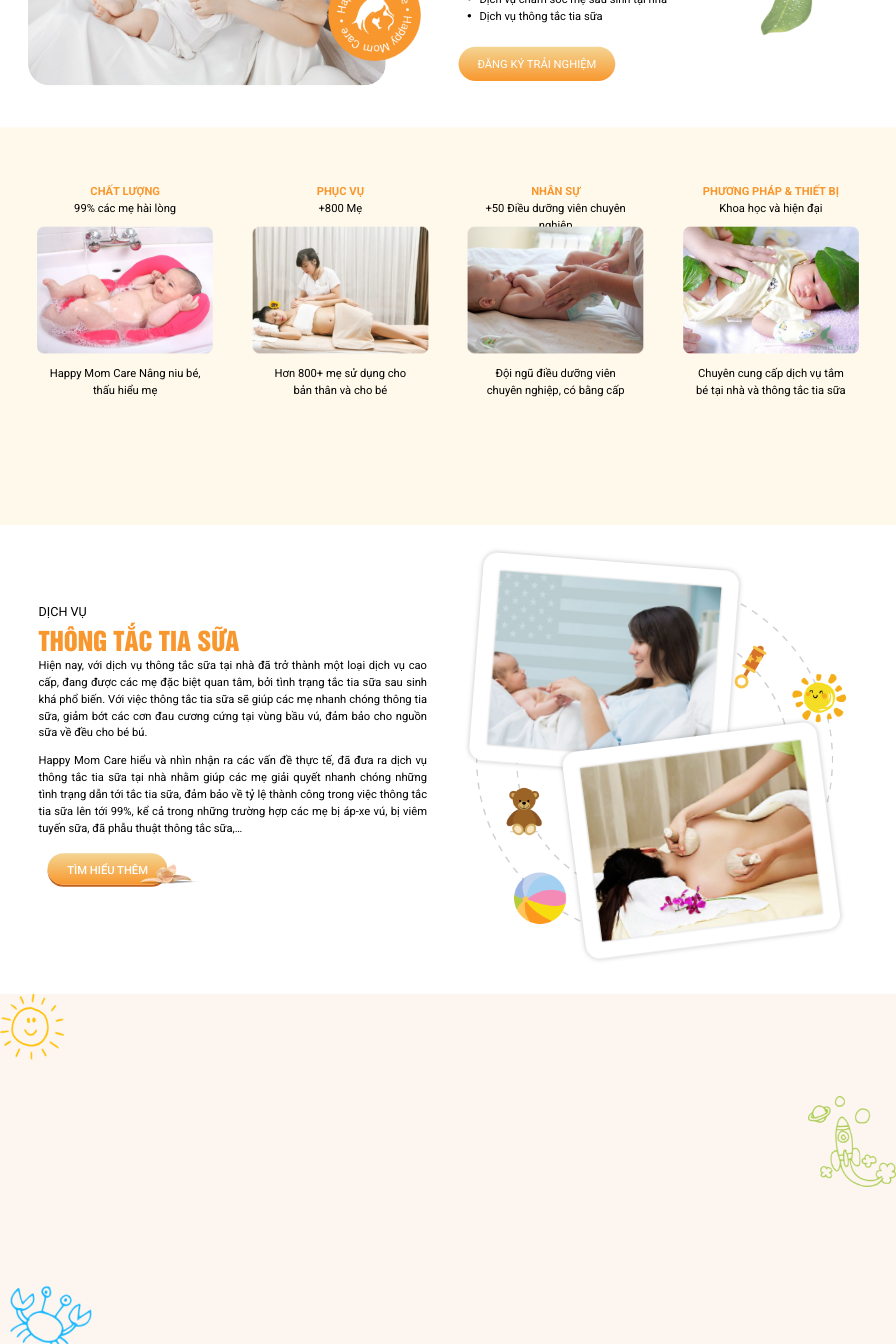
Repository: haianh12082001/happymom
Page: index.html
The author's editor kept a copy of each file at every save. The page is drawn from the files as they stood at one save, then again after the next save.
The browser window is 1280 px wide. The pictures show the part of the page from y = 1487 to 3407 px (the page is 3407 px tall), at 70% of full size.
Some web libraries are served in a nearby version. The style sheet was rebuilt from its Sass, Less or Tailwind sources for each picture, by a compiler version that may differ from the author's.

Above is the page before, as saved 2021-11-16 10:36:08.

### index.html
<!DOCTYPE html>
<html lang="en">
    <head>
        <meta charset="UTF-8" />
        <meta http-equiv="X-UA-Compatible" content="IE=edge" />
        <meta name="viewport" content="width=device-width, initial-scale=1.0" />
        <title>Document</title>
        <link href="https://fonts.googleapis.com/css2?family=Roboto:wght@300;400;500;700;900&display=swap" rel="stylesheet" />
        <link rel="stylesheet" href="./assets/fonts/fontawesome-free-5.15.3/css/all.min.css" />
        <link
            rel="stylesheet"
            href="https://cdn.jsdelivr.net/npm/bootstrap@4.6.0/dist/css/bootstrap.min.css"
            integrity="sha384-B0vP5xmATw1+K9KRQjQERJvTumQW0nPEzvF6L/Z6nronJ3oUOFUFpCjEUQouq2+l"
            crossorigin="anonymous"
        />
        <link rel="stylesheet" href="./assets/css/app.css" />
    </head>
    <body>
        <div class="topbar">
            <div class="topbar__container container">
                <div class="topbar__logo">
                    <img src="./assets/img/logo.png" alt="" />
                </div>
                <div class="topbar__openTime">
                    <div class="openTime__text">Giờ mở cửa</div>
                    <div class="openTime__time">8h00 - 16h00</div>
                </div>
                <div class="topbar__seach">
                    <input type="text" name="" id="" placeholder="Tìm kiếm" />
                    <button class="button__seach">
                        <i class="fas fa-search r"></i>
                    </button>
                </div>
                <div class="topbar__hotline">
                    <div class="hotline__icon">
                        <img src="./assets/img/icon__phone.png" alt="" />
                    </div>
                    <div class="hotline__text">
                        <p class="hotline__text--top">Hotline:</p>
                        <p class="hotline__text--bottom">0944 430 977</p>
                    </div>
                </div>
                <div class="topbar__book">
                    <div class="book__icon">
                        <i class="fas fa-calendar-alt"></i>
                    </div>
                    <p class="book__text">Đặt lịch hẹn</p>
                </div>
            </div>
        </div>
        <header class="header">
            <div class="header__container container">
                <ul class="header__list">
                    <li class="header__item">
                        <a href="#" class="header__link">Trang chủ</a>
                    </li>
                    <li class="header__item">
                        <a href="#" class="header__link">Giới thiệu</a>
                    </li>
                    <li class="header__item">
                        <a href="#" class="header__link">Dịch vụ</a>
                    </li>
                    <li class="header__item">
                        <a href="#" class="header__link">Khoá học</a>
                    </li>
                    <li class="header__item">
                        <a href="#" class="header__link">Hệ thống đại lý</a>
                    </li>
                    <li class="header__item">
                        <a href="#" class="header__link">Tin tức</a>
                    </li>
                    <li class="header__item">
                        <a href="#" class="header__link">Liên hệ</a>
                    </li>
                </ul>
                <ul class="header__social">
                    <li>
                        <a href="#">
                            <i class="fab fa-facebook-f"></i>
                        </a>
                    </li>
                    <li>
                        <a href="#">
                            <i class="fab fa-twitter"></i>
                        </a>
                    </li>
                    <li>
                        <a href="#">
                            <i class="fab fa-google-plus-g"></i>
                        </a>
                    </li>
                    <li>
                        <a href="#">
                            <i class="fab fa-skype"></i>
                        </a>
                    </li>
                </ul>
            </div>
        </header>
        <section class="banner">
            <div class="banner__content">
                <div class="banner__img">
                    <img src="./assets/img/banner/Rectangle 28.png" alt="" />
                </div>
                <!-- <div class="banner__phone">
                    <div class="icon">
                        <i class="fas fa-phone-alt"></i>
                    </div>
                    <div class="text">0944 430 977</div>
                </div> -->
            </div>
        </section>
        <section class="bannerAdv">
            <div class="bannerAdv__container container">
                <div class="row">
                    <div class="bannerAdv__item col-lg-3">
                        <div class="bannerAdv__item--top">
                            <div class="text">01</div>
                            <img src="./assets/img/bannerAdv/pngwing 6.png" alt="" />
                        </div>
                        <div class="bannerAdv__item--bottom">
                            <div class="name">Uy tín</div>
                            <p class="des">Happy Mom Care với hệ thống hơn 50 Spa tại Việt Nam luôn sẵn sàng phục vụ khách hàng</p>
                        </div>
                    </div>
                    <div class="bannerAdv__item col-lg-3">
                        <div class="bannerAdv__item--top">
                            <div class="text">02</div>
                            <img src="./assets/img/bannerAdv/pngwing 8.png" alt="" />
                        </div>
                        <div class="bannerAdv__item--bottom">
                            <div class="name">Chuyên nghiệm</div>
                            <p class="des">Dịch vụ Spa mẹ và bé tại Happy Mom Care có hệ thống trang thiết bị chuyên nghiệp</p>
                        </div>
                    </div>
                    <div class="bannerAdv__item col-lg-3">
                        <div class="bannerAdv__item--top">
                            <div class="text">03</div>
                            <img src="./assets/img/bannerAdv/pngwing 9.png" alt="" />
                        </div>
                        <div class="bannerAdv__item--bottom">
                            <div class="name">An toàn</div>
                            <p class="des">Đúng quy trình chuẩn y khoa và sử dụng công nghệ cao trong Spa mang đến cho bạn những giải pháp an toàn nhất</p>
                        </div>
                    </div>
                    <div class="bannerAdv__item col-lg-3">
                        <div class="bannerAdv__item--top">
                            <div class="text">04</div>
                            <img src="./assets/img/bannerAdv/pngwing 10.png" alt="" />
                        </div>
                        <div class="bannerAdv__item--bottom">
                            <div class="name">Chất lượng</div>
                            <p class="des">Đội ngũ nhân viên chuyên nghiệp, có nhiều kinh nghiệm trong lĩnh vực Spa</p>
                        </div>
                    </div>
                </div>
            </div>
        </section>
        <section class="introduce">
            <div class="introduce__container container">
                <div class="row">
                    <div class="col-lg-6">
                        <div class="introduce__img">
                            <img src="./assets/img/Rectangle 33.png" alt="" />
                        </div>
                    </div>
                    <div class="col-lg-6">
                        <div class="introduce__heading">Về chúng tôi</div>
                        <div class="introduce__name">Happy mom care</div>
                        <div class="introduce__address">
                            <div class="introduce__address--img">
                                <img src="./assets/img/Ellipse 29.png" alt="" />
                            </div>
                            <div class="introduce__address--text">
                                <p>Spa Happy Mom Care</p>
                                <span>Số 8 Ngõ 21, Phố Việt Hưng, Long Biên, Hà Nội</span>
                            </div>
                        </div>
                        <div class="introduce__text">
                            <p>
                                Với hơn 30+ điều dưỡng viên có bằng cấp và kinh nghiệm lâu năm, Happy Mom Care mong muốn được phục vụ cho mẹ và bé khắp các quận
                                trong Hà Nội. Bao gồm các dịch vụ:
                            </p>
                            <ul class="text__list">
                                <li>Dịch vụ tắm cho trẻ sơ sinh tại nhà</li>
                                <li>Dịch vụ chăm sóc mẹ sau sinh tại nhà</li>
                                <li>Dịch vụ thông tắc tia sữa</li>
                            </ul>
                        </div>
                        <div class="introduce__btn">
                            <a href="">Đăng ký trải nghiệm</a>
                        </div>
                    </div>
                </div>
            </div>
        </section>
        <section class="blog">
            <div class="blog__container container">
                <div class="row">
                    <div class="blog__item col-lg-3">
                        <div class="blog__name">Chất lượng</div>
                        <div class="blog__subname">99% các mẹ hài lòng</div>
                        <div class="blog__img">
                            <img src="./assets/img/blog/Rectangle 35 (3).png" alt="" />
                        </div>
                        <div class="blog__des">Happy Mom Care Nâng niu bé, thấu hiểu mẹ</div>
                        <div class="blog__btn btn">
                            <a href="">Tìm hiểu thêm</a>
                            <img class="blog__btn--img" src="./assets/img/blog/plant 1.png" alt="" />
                        </div>
                    </div>
                    <div class="blog__item col-lg-3">
                        <div class="blog__name">Phục vụ</div>
                        <div class="blog__subname">+800 Mẹ</div>
                        <div class="blog__img">
                            <img src="./assets/img/blog/Rectangle 35 (4).png" alt="" />
                        </div>
                        <div class="blog__des">Hơn 800+ mẹ sử dụng cho bản thân và cho bé</div>
                        <div class="blog__btn btn">
                            <a href="">Tìm hiểu thêm</a>
                            <img class="blog__btn--img" src="./assets/img/blog/plant 1.png" alt="" />
                        </div>
                    </div>
                    <div class="blog__item col-lg-3">
                        <div class="blog__name">Nhân sự</div>
                        <div class="blog__subname">+50 Điều dưỡng viên chuyên nghiệp</div>
                        <div class="blog__img">
                            <img src="./assets/img/blog/Rectangle 35 (5).png" alt="" />
                        </div>
                        <div class="blog__des">Đội ngũ điều dưỡng viên chuyên nghiệp, có bằng cấp</div>
                        <div class="blog__btn btn">
                            <a href="">Tìm hiểu thêm</a>
                            <img class="blog__btn--img" src="./assets/img/blog/plant 1.png" alt="" />
                        </div>
                    </div>
                    <div class="blog__item col-lg-3">
                        <div class="blog__name">PHƯƠNG PHÁP & THIẾT BỊ</div>
                        <div class="blog__subname">Khoa học và hiện đại</div>
                        <div class="blog__img">
                            <img src="./assets/img/blog/Rectangle 35 (6).png" alt="" />
                        </div>
                        <div class="blog__des">Chuyên cung cấp dịch vụ tắm bé tại nhà và thông tắc tia sữa</div>
                        <div class="blog__btn btn">
                            <a href="">Tìm hiểu thêm</a>
                            <img class="blog__btn--img" src="./assets/img/blog/plant 1.png" alt="" />
                        </div>
                    </div>
                </div>
            </div>
        </section>
        <section class="serviceOne">
            <div class="serviceOne__container container">
                <div class="row">
                    <div class="col-lg-6 serviceOne__left">
                        <div class="service__title">Dịch vụ</div>
                        <div class="service__name">Thông tắc tia sữa</div>
                        <div class="service__text">
                            <p>
                                Hiện nay, với dịch vụ thông tắc sữa tại nhà đã trở thành một loại dịch vụ cao cấp, đang được các mẹ đặc biệt quan tâm, bởi tình
                                trạng tắc tia sữa sau sinh khá phổ biến. Với việc thông tắc tia sữa sẽ giúp các mẹ nhanh chóng thông tia sữa, giảm bớt các cơn
                                đau cương cứng tại vùng bầu vú, đảm bảo cho nguồn sữa về đều cho bé bú.
                            </p>
                            <p>
                                Happy Mom Care hiểu và nhìn nhận ra các vấn đề thực tế, đã đưa ra dịch vụ thông tắc tia sữa tại nhà nhằm giúp các mẹ giải quyết
                                nhanh chóng những tình trạng dẫn tới tắc tia sữa, đảm bảo về tỷ lệ thành công trong việc thông tắc tia sữa lên tới 99%, kể cả
                                trong những trường hợp các mẹ bị áp-xe vú, bị viêm tuyến sữa, đã phẫu thuật thông tắc sữa,…
                            </p>
                        </div>
                        <div class="service__btn btn">
                            <a href="">Tìm hiểu thêm</a>
                            <img class="service__btn--img" src="./assets/img/blog/plant 1.png" alt="" />
                        </div>
                    </div>
                    <div class="col-lg-6 serviceOne__right">
                        <div class="bigCircle__img">
                            <img src="./assets/img/serviceOne/Group 392.png" alt="" />
                        </div>
                        <div class="serviceOne__img--top">
                            <img src="./assets/img/serviceOne/Rectangle 37 (1).png" alt="" />
                        </div>
                        <div class="serviceOne__img--bottom">
                            <img src="./assets/img/serviceOne/Rectangle 38 (1).png" alt="" />
                        </div>
                    </div>
                </div>
            </div>
        </section>
        <section class="serviceTwo">
            <div class="serviceTwo__container container">
                <div class="row">
                    <div class="serviceTwo__initial col-lg-4"></div>
                    <div class="serviceTwo__middle col-lg-4"></div>
                    <div class="serviceTwo__end col-lg-4"></div>
                </div>
            </div>
        </section>
        <script type="text/javascript" src="https://code.jquery.com/jquery-1.11.0.min.js"></script>
        <script type="text/javascript" src="https://code.jquery.com/jquery-migrate-1.2.1.min.js"></script>
        <script
            src="https://cdnjs.cloudflare.com/ajax/libs/bootstrap/4.6.0/js/bootstrap.min.js"
            integrity="sha512-XKa9Hemdy1Ui3KSGgJdgMyYlUg1gM+QhL6cnlyTe2qzMCYm4nAZ1PsVerQzTTXzonUR+dmswHqgJPuwCq1MaAg=="
            crossorigin="anonymous"
            referrerpolicy="no-referrer"
        ></script>
        <script type="text/javascript" src="https://cdn.jsdelivr.net/npm/slick-carousel@1.8.1/slick/slick.min.js"></script>
        <script src="./assets/js/main.js"></script>
    </body>
</html>

### assets/sass/app.scss
@import "variables";
@import "reset";
@import "global";
@import "topbar";
@import "header";
@import "banner";
@import "bannerAdv";
@import "introduce";
@import "blog";
@import "service";

### assets/sass/_variables.scss
$font-family: "Roboto", sans-serif;
$color-global: #f8972e;
$text-color: #000000;

### assets/sass/_reset.scss
html {
    box-sizing: border-box;
    scroll-behavior: smooth;
}
* {
    margin: 0;
    padding: 0;
}
*,
*:before,
*:after {
    box-sizing: border-box;
}
input,
textarea,
select,
button {
    outline: none;
}
input {
    line-height: normal;
    outline: none;
    box-shadow: none;
}
input:focus {
    outline: 0;
    border: none;
    box-shadow: none;
}
ul,
li {
    margin: 0;
    padding: 0;
    list-style: none;
}
label,
button {
    cursor: pointer;
}
a {
    text-decoration: none;
    &:hover {
        text-decoration: none;
    }
}
img {
    display: block;
    max-width: 100%;
}

### assets/sass/_global.scss
@font-face {
    font-family: "UTM";
    font-display: swap;
    src: url("../fonts/word/UTM\ HelvetIns.ttf") format("truetype");
}
@font-face {
    font-family: "Time";
    font-display: swap;
    src: url("../fonts/word/timesbd.ttf") format("truetype");
}
body {
    font-family: $font-family;
    margin: 0;
    padding: 0;
    width: 100%;
    font-size: 16px;
    color: $text-color;
}
.container {
    max-width: 1230px;
    margin: 0 auto;
    padding: 0 15px;
}

### assets/sass/_header.scss
.header {
    // height: 59px;
    background: $color-global;
    &__container {
        display: flex;
        justify-content: space-between;
        align-items: center;
    }
    &__list {
        display: flex;
        justify-content: space-between;
        text-transform: uppercase;
        align-items: center;
        // column-gap: 66px;
    }
    &__item {
        margin-left: 66px;
        padding: 16px 0;
        &:first-child {
            margin-left: 0;
        }
    }
    &__link {
        color: #fff;
        font-weight: 500;
    }
    &__social {
        display: flex;
        align-items: center;
        li {
            width: 31px;
            height: 31px;
            background: #fff;
            border-radius: 50%;
            margin-left: 8px;
            i {
                display: flex;
                height: 100%;
                justify-content: center;
                align-items: center;
            }
        }
    }
}

### assets/sass/_banner.scss
.banner {
    position: relative;
    &__img img {
        width: 100%;
        max-height: 598px;
    }
    &__phone {
        color: #845522;
        display: flex;
        .text {
            font-family: "UTM";
        }
    }
}

### assets/sass/_bannerAdv.scss
.bannerAdv {
    background: #fff9ec;
    padding: 25px 0 60px;
    &__container {
    }
    &__item {
        padding: 0px 46px;
        display: flex;
        flex-direction: column;
        align-items: center;
        &--top {
            position: relative;
            display: inline-block;
            max-width: 180px;
            height: 207px;

            .text {
                color: #ffd7ab;
                font-size: 180px;
                font-weight: 700;
                font-family: "Time";
                line-height: 206px;
            }
            img {
                position: absolute;
                bottom: 10px;
                left: 50%;
                transform: translateX(-50%);
            }
        }
        &--bottom {
            text-align: center;
            .name {
                color: #845522;
                margin-bottom: 9px;
                font-weight: 900;
            }
        }
    }
}

### assets/sass/_blog.scss
.blog {
    padding-top: 40px;
    padding-bottom: 60px;
    background: #fff9ec;
    &__item {
        padding: 40px 28px 55px 28px;
    }
    &__name {
        text-align: center;
        text-transform: uppercase;
        color: $color-global;
        font-weight: 700;
    }
    &__subname {
        text-align: center;
        // margin-bottom: 13px;
        height: 38px;
    }
    &__des {
        text-align: center;
        padding: 17px;
        display: -webkit-box;
        -webkit-line-clamp: 2;
        -webkit-box-orient: vertical;
        overflow: hidden;
        text-overflow: ellipsis;
        word-break: break-word;
        // height: 59px;
    }
    &__btn {
        text-align: center;
        margin-top: 10px;
        position: relative;
        display: inherit;
        visibility: hidden;
        a {
            padding: 15px 28px 11px 28px;
            background: linear-gradient(180deg, #f4d593 0%, #f8972e 100%);
            border-radius: 50px;
            text-transform: uppercase;
            color: #fff;
            font-weight: 500;
            box-shadow: 0 3px 0px rgba($color: #c2611c, $alpha: 1);
        }
        &--img {
            position: absolute;
            bottom: 0;
            right: 0;
            transform: translateX(25%);
        }
    }
    &__item:hover {
        box-shadow: 0px 0px 20px rgba(239, 206, 168, 0.5);
        border-radius: 20px;
        .blog__btn {
            visibility: initial;
        }
    }
}

### assets/sass/_service.scss
.service {
    &__title {
        text-transform: uppercase;
        font-size: 18px;
    }
    &__name {
        text-transform: uppercase;
        font-size: 36px;
        color: $color-global;
        font-family: "UTM";
        font-weight: 400;
        line-height: 52px;
    }
    &__text {
        text-align: justify;
        margin-bottom: 30px;
    }
    &__btn {
        position: relative;
        a {
            padding: 15px 28px 11px 28px;
            background: linear-gradient(180deg, #f4d593 0%, #f8972e 100%);
            border-radius: 50px;
            text-transform: uppercase;
            color: #fff;
            font-weight: 500;
            box-shadow: 0 3px 0px rgba($color: #c2611c, $alpha: 1);
        }
        &--img {
            position: absolute;
            bottom: 0;
            right: 0;
            transform: translateX(50%);
        }
    }
}
.serviceOne {
    padding: 80px 0;
    &__left {
        padding: 30px;
    }
    &__right {
        padding: 0 40px;
        position: relative;
    }
    .bigCircle__img img {
        width: 100%;
    }
    &__img--top {
        position: absolute;
        top: -28px;
        // left: 0;
        padding: 20px;
        filter: drop-shadow(0px 0px 4px rgba(0, 0, 0, 0.25));
        transform: rotate(4.47deg);
        border-radius: 20px;
        background: #fff;
        img {
            width: 326px;
            height: 258px;
            // object-fit: cover;
        }
    }
    &__img--bottom {
        position: absolute;
        bottom: -10px;
        right: 70px;
        padding: 20px;
        filter: drop-shadow(0px 0px 4px rgba(0, 0, 0, 0.25));
        transform: rotate(-7.32deg);
        border-radius: 20px;
        background: #fff;
        img {
            width: 326px;
            height: 258px;
        }
    }
}
.serviceTwo {
    background-color: #fdf5f0;
    background-image: url("../img/serviceTwo/Group\ 392\ \(1\).png");
    background-repeat: no-repeat;
    background-size: 100%;
    width: 100%;
    height: 500px;
}

Loaded but not shown: assets/fonts/fontawesome-free-5.15.3/css/all.min.css (library); assets/sass/_introduce.scss (117 lines, source omitted); assets/sass/_topbar.scss (95 lines, source omitted); assets/js/main.js (no copy from this time; the picture is the same without it)

After the next save:
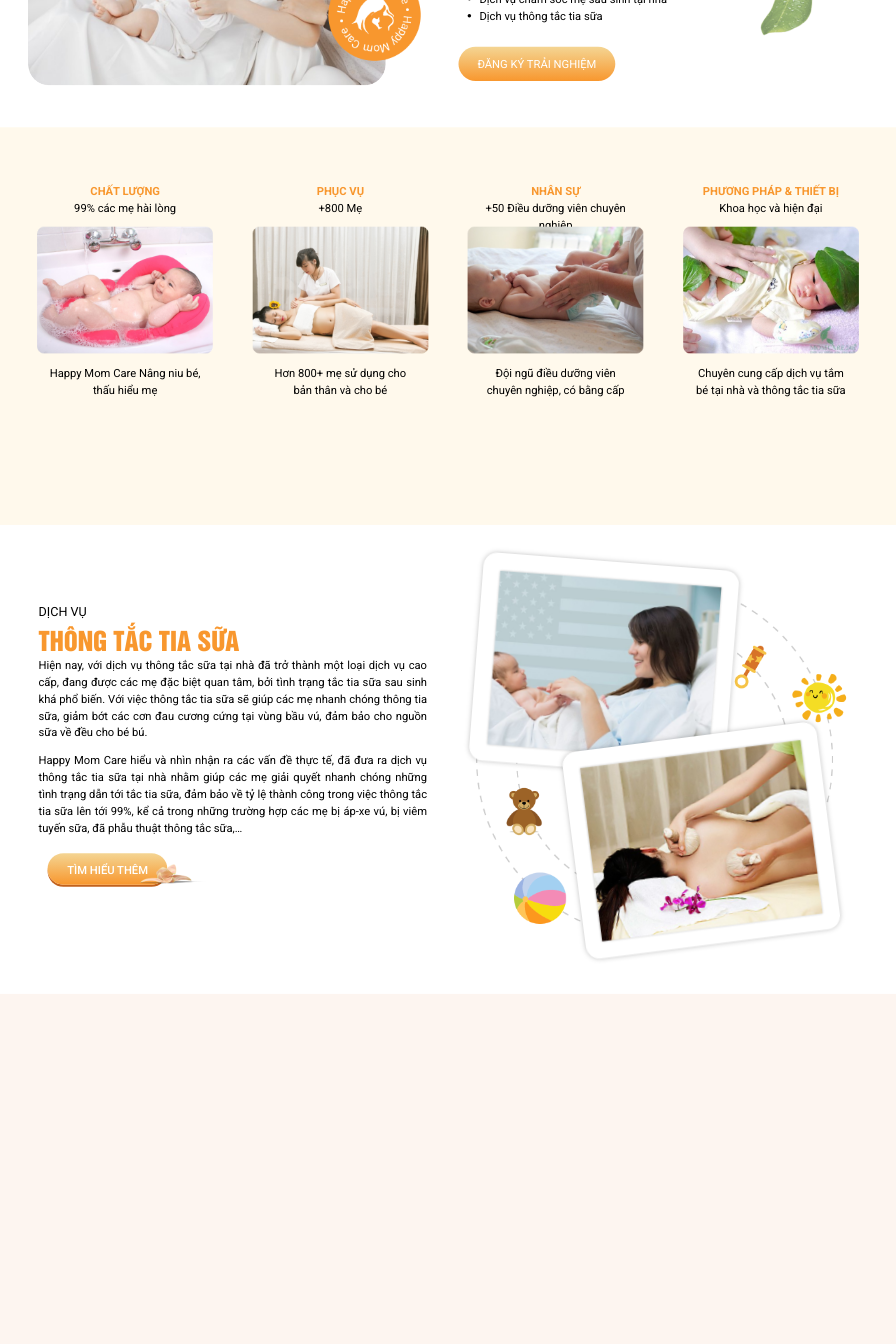
Saved 2 min 50 s later.
--- a/assets/sass/_service.scss
+++ b/assets/sass/_service.scss
@@ -78,9 +78,6 @@
 }
 .serviceTwo {
     background-color: #fdf5f0;
-    background-image: url("../img/serviceTwo/Group\ 392\ \(1\).png");
-    background-repeat: no-repeat;
-    background-size: 100%;
-    width: 100%;
+
     height: 500px;
 }
